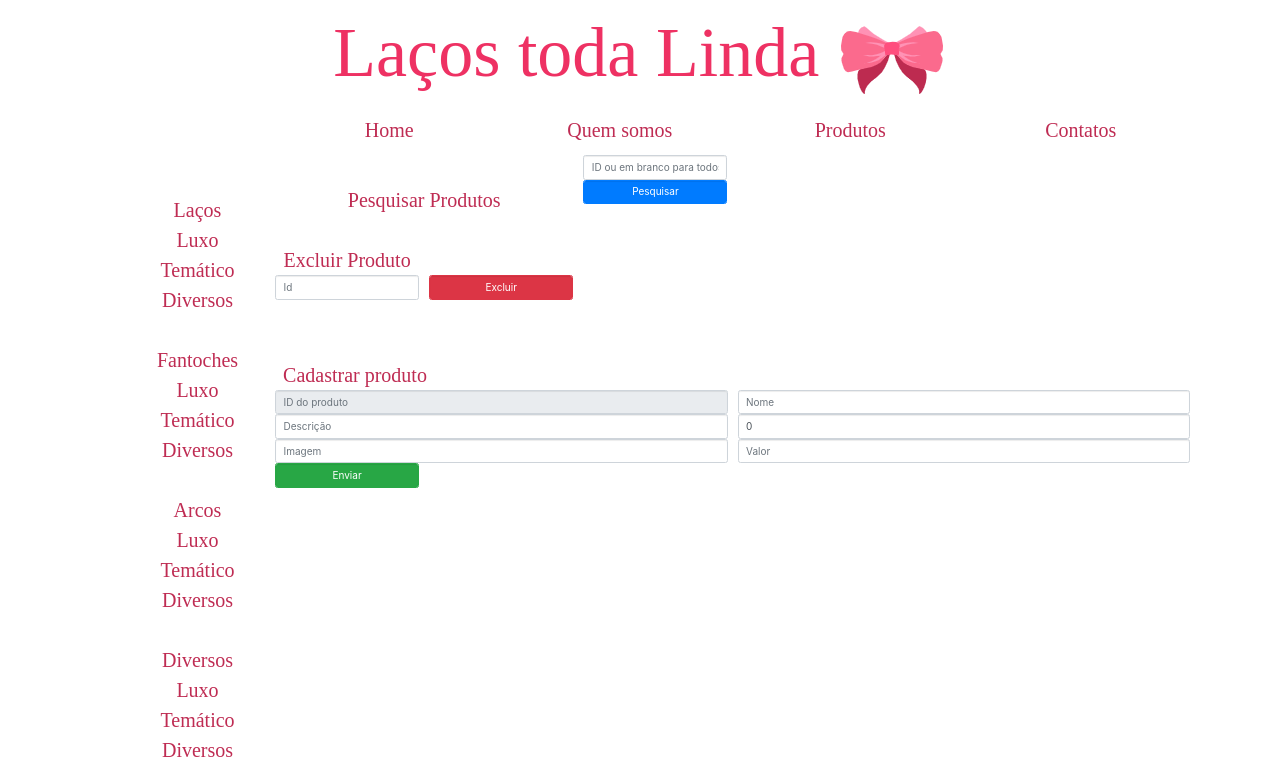
Repository: felipe-camilo/projin2
Page: http://localhost/projetointegrador/admin.jsp
An editor plug-in stored every save of this project. The page is shown before and after the next save, followed by the edit.
The browser window is 1280 px wide. The pictures show the whole page.
Some web fonts or font styles are not loaded; a fallback is used. The page is served by Tomcat 9.

Above is the page before, as saved 2022-03-30 01:50:22.

After the next save:
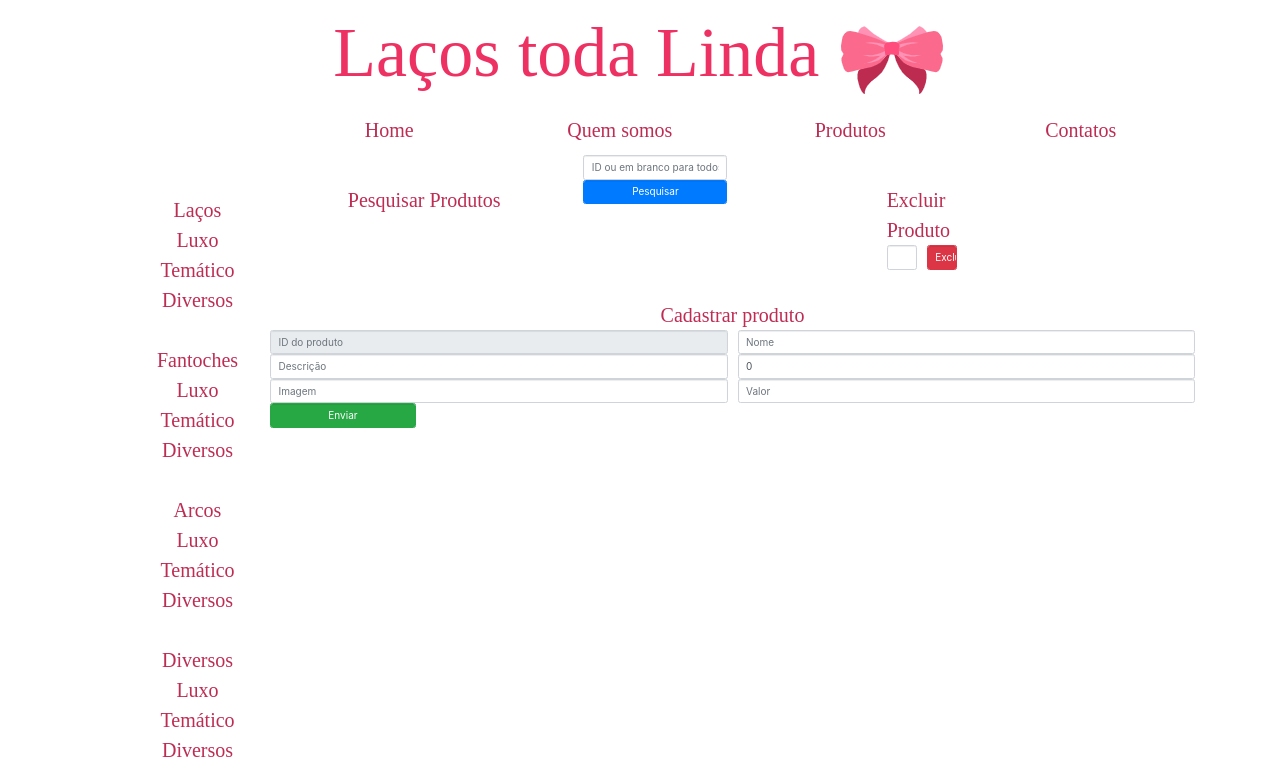
Saved 8 s later.
--- a/projetointegrador/src/main/webapp/admin.jsp
+++ b/projetointegrador/src/main/webapp/admin.jsp
@@ -157,12 +157,6 @@
 								<input class="form-control btn-primary" type="submit" name="pesquisar" value="Pesquisar">
 							</div>
 							<div class="col-2">
-
-
-						</div>
-						<div class="form-row">
-
-							</div>
 						</div>
 					</form>
 
